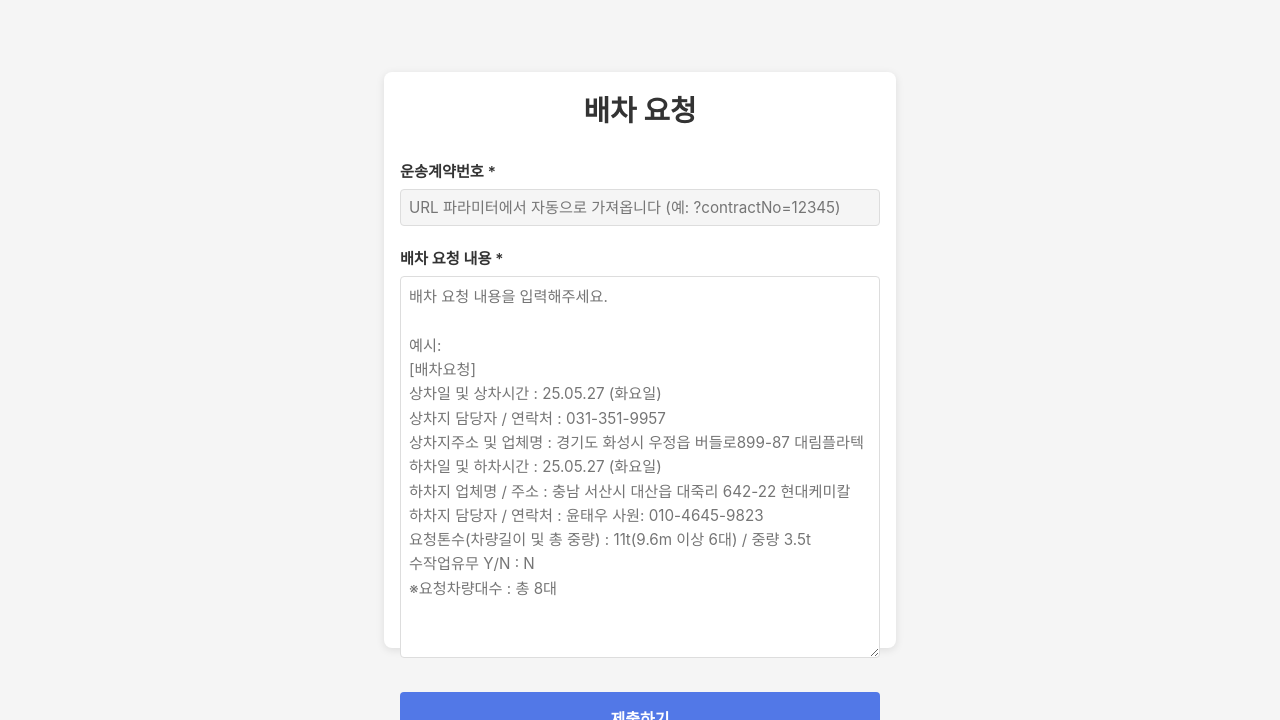
Repository: deul428/logis_transport
Page: / (app in frontend/)
These files come from the project's save history. The page is drawn as it stood at one moment and after the next save; the edit follows.
The browser window is 1280 px wide. The pictures show the whole page.
The project was rebuilt for these pictures with package versions that can differ from the ones it lists, and the page was loaded fresh each time. Also part of the build but not shown: frontend/src/App.scss.

Above is the page before, as saved 2025-11-13 13:50:07.

After the next save:
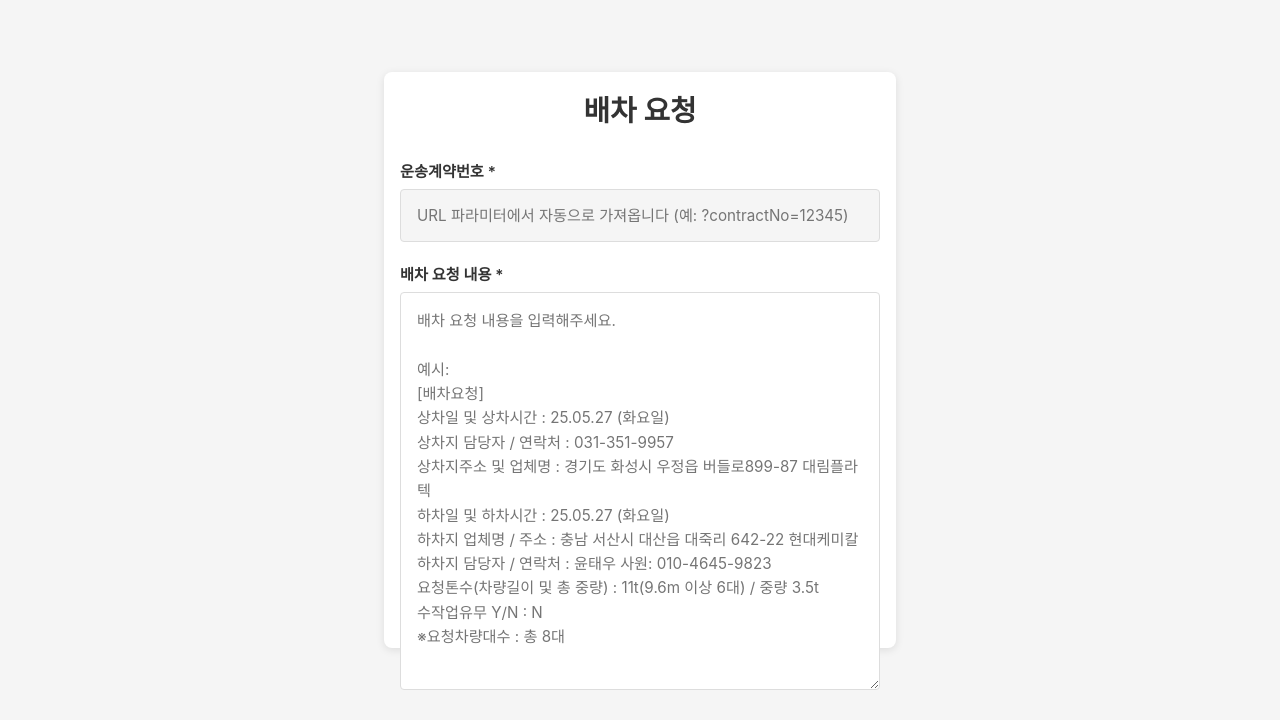
Saved 4 s later.
--- a/frontend/src/styles/transport.scss
+++ b/frontend/src/styles/transport.scss
@@ -51,7 +51,7 @@
           textarea {
             font-family: inherit;
             width: 100%;
-            padding: 0.5rem;
+            padding: 1rem;
             border: 1px solid #ddd;
             border-radius: 4px;
             font-size: 0.95rem;
